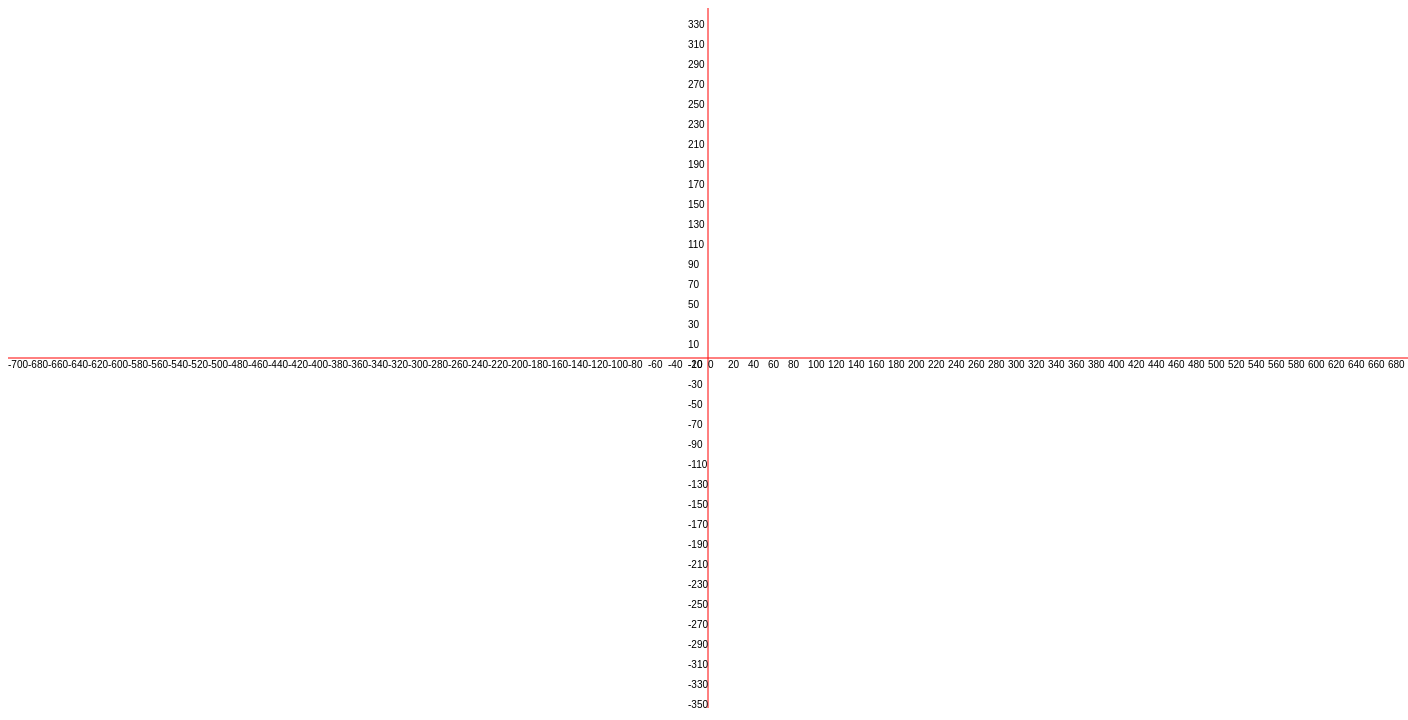
Repository: tclintaichung/book
Page: ex16/ex16_01/frame.html
These files come from the project's save history. The page is drawn as it stood at one moment and after the next save; the edit follows.
The browser window is 1280 px wide. The page is 1408 px wide, so the pictures cover 1408 px, including what lies to the right of the window. The pictures show the whole page.

Above is the page before, as saved 2025-09-27 14:56:05.

After the next save:
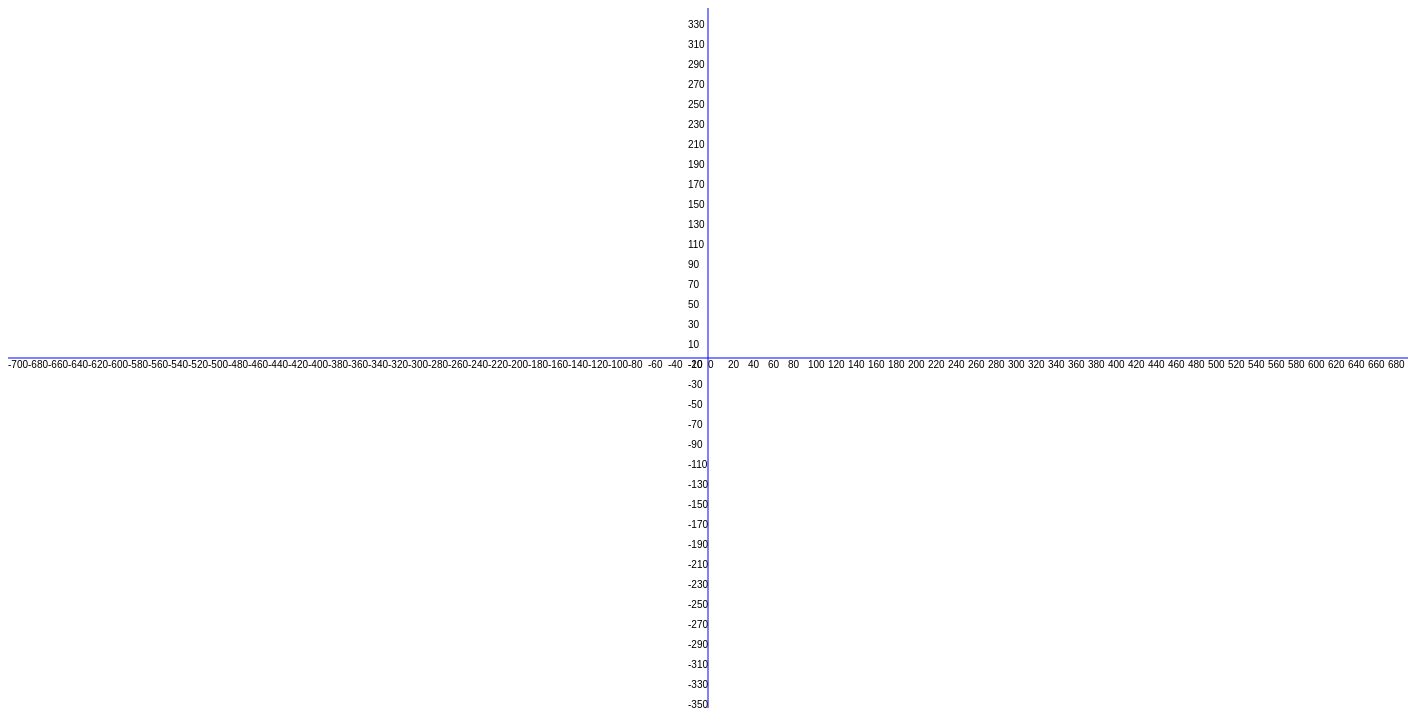
Saved 27 s later.
--- a/ex16/ex16_01/frame.html
+++ b/ex16/ex16_01/frame.html
@@ -31,7 +31,7 @@
             ctx.lineTo(x_max, center_y);
             ctx.moveTo(center_x, y_min);
             ctx.lineTo(center_x, y_max);
-            ctx.strokeStyle = colors[0];
+            ctx.strokeStyle = colors[2];
             ctx.lineWidth = 1;
             ctx.stroke();
             for (let i = x_min; i <= x_max; i +=20) {
